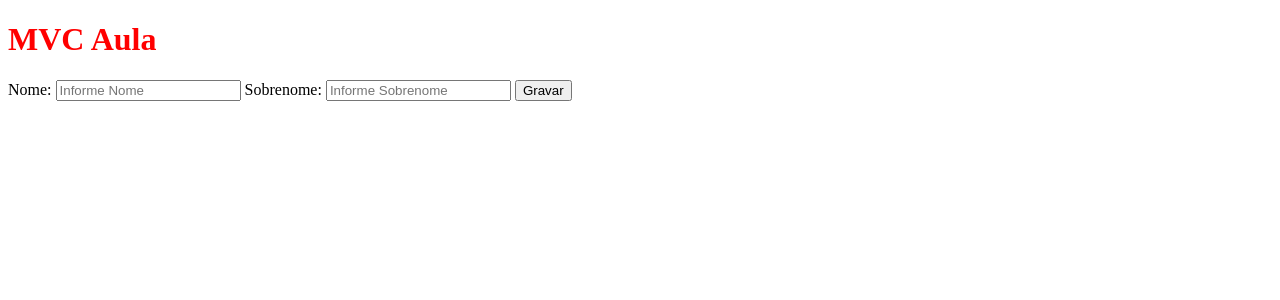
Repository: SrLucasGaldinor/Aulas-MVC-Spring
Page: http://localhost/Aula/
The author's editor kept a copy of each file at every save. The page is drawn from the files as they stood at one save, then again after the next save.
The browser window is 1280 px wide. The pictures show the whole page.
The page is served by Tomcat 9.

Above is the page before, as saved 2023-12-12 12:42:12.

After the next save:
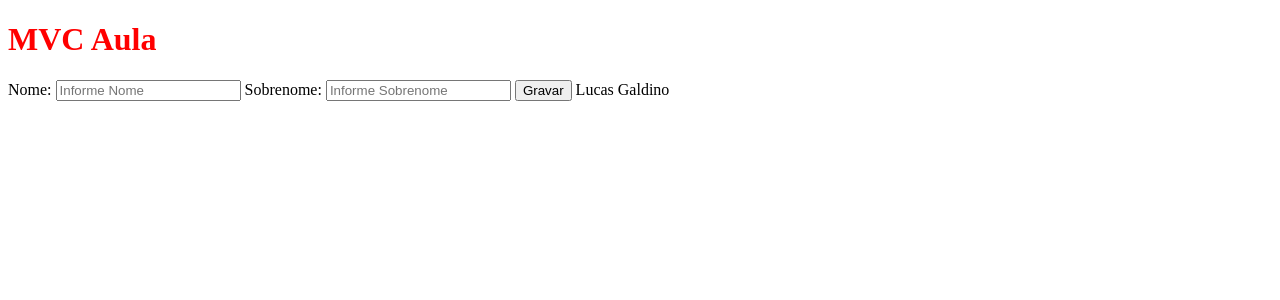
Saved 44 s later.
--- a/MVC/Aula/src/main/webapp/index.jsp
+++ b/MVC/Aula/src/main/webapp/index.jsp
@@ -21,7 +21,8 @@
 	<button onclick="gravar()">Gravar</button>
 
 	<%
-
+		String nome = "Lucas Galdino";
+		out.print(nome);
 	%>
 
 	<script>
